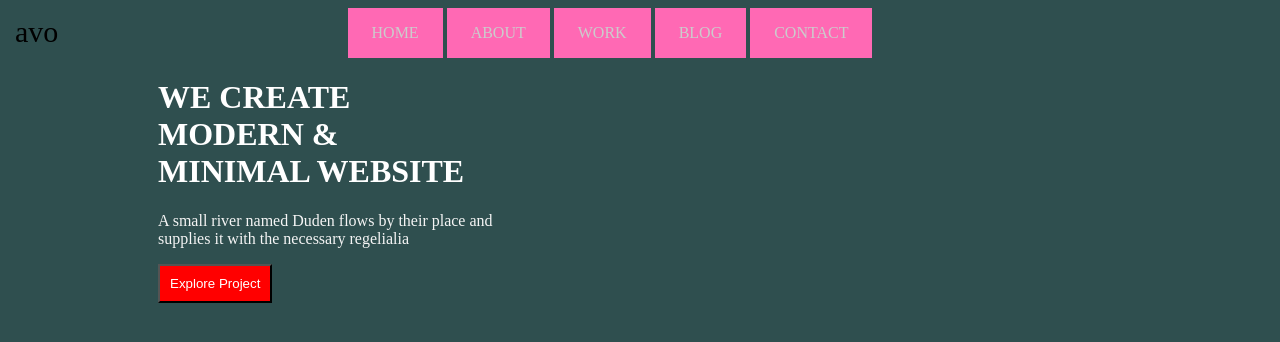
Repository: Tobby004/AVO-Template
Page: avo.html
These files come from the project's save history. The page is drawn as it stood at one moment and after the next save; the edit follows.
The browser window is 1280 px wide. The pictures show the whole page.

Above is the page before, as saved 2023-03-29 08:43:32.

After the next save:
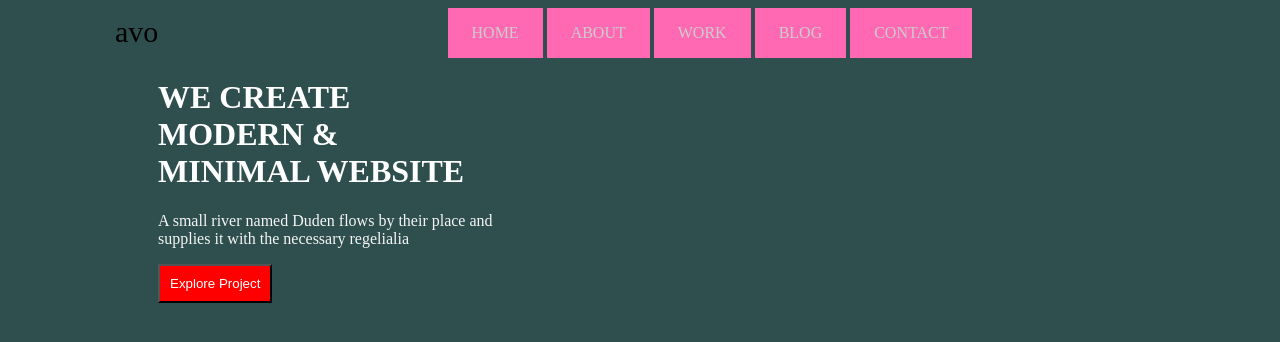
Saved 51 s later.
--- a/avo.css
+++ b/avo.css
@@ -8,11 +8,12 @@ body {
   font-size: 30px;
   position: absolute;
   padding: 7px;
+  margin-left: 100px;
 }
 nav ul {
     margin: auto;
     text-align:center;
-    margin-right: 100px;
+    margin-left: 100px;
 }
 nav li {
     display: inline-flex;
